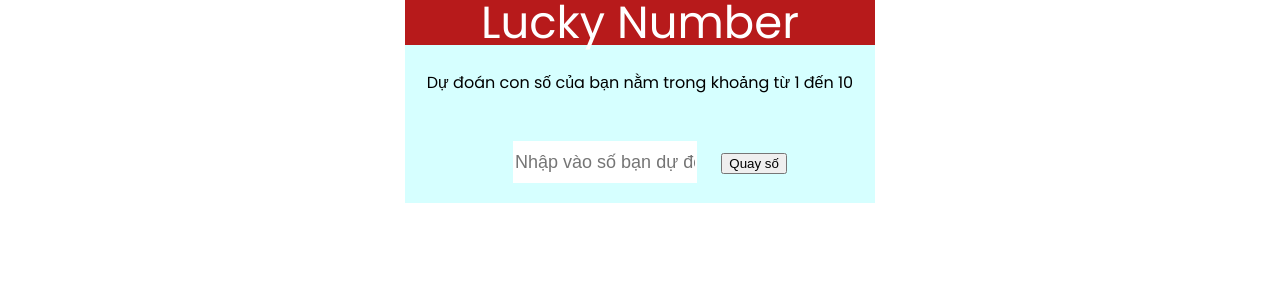
Repository: whis16720/PhuNguyen-C4EJS-D15
Page: index.html
An editor plug-in stored every save of this project. The page is shown before and after the next save, followed by the edit.
The browser window is 1280 px wide. The pictures show the whole page.
The style sheet was rebuilt from its Sass, Less or Tailwind sources for each picture, by a compiler version that may differ from the author's.

Above is the page before, as saved 2020-09-22 19:45:59.

### index.html
<!DOCTYPE html>
<html lang="en">
<head>
	<meta charset="UTF-8">
	<meta name="viewport" content="width=device-width, initial-scale=1.0">
	<title>Document</title>
	<link rel="stylesheet" href="style.css">
	<link rel="stylesheet" href="reset.css">
	<link href="https://fonts.googleapis.com/css2?family=Poppins:wght@200;300;400;600;700&display=swap" rel="stylesheet">
	<script src="index.js"></script>
</head>
<body>
	<div class="game">
		<h1 class="game__name">Lucky Number</h1>
		<p class="game__details">Dự đoán con số của bạn nằm trong khoảng từ 1 đến 10</p>
		<form class="game__play">
			<input type="text" placeholder="Nhập vào số bạn dự đoán" class="game__input">
			<button class="game__btn">Quay số</button>
		</form>

	</div>
</body>
</html>

### style.scss
.game {
	font-family: "Poppins", sans-serif;
	width: 470px;
	margin: auto;
	background-color: #d6ffff;
	&__name {
		text-align: center;
		font-size: 45px;
		background-color: #b71a1b;
		color: white;
		margin-bottom: 30px;
	}
	&__details {
		text-align: center;
		margin-bottom: 30px;
	}
	&__play {
		text-align: center;
	}
	&__input {

		border: 0;
		width: 180px;
		height: 40px;

		margin: 20px;
		font-size: 18px;
	}
}

Loaded but not shown: reset.css (common file); index.js (no copy from this time; the picture is the same without it)

After the next save:
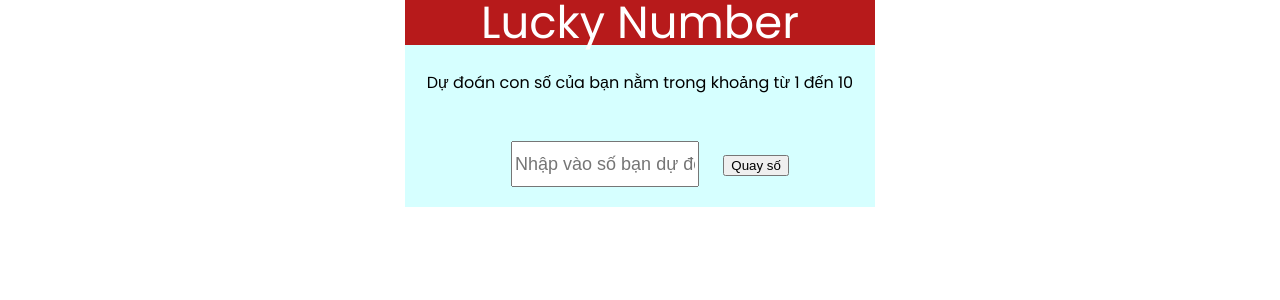
Saved 10 s later.
--- a/style.scss
+++ b/style.scss
@@ -19,7 +19,7 @@
 	}
 	&__input {
 
-		border: 0;
+
 		width: 180px;
 		height: 40px;
 
